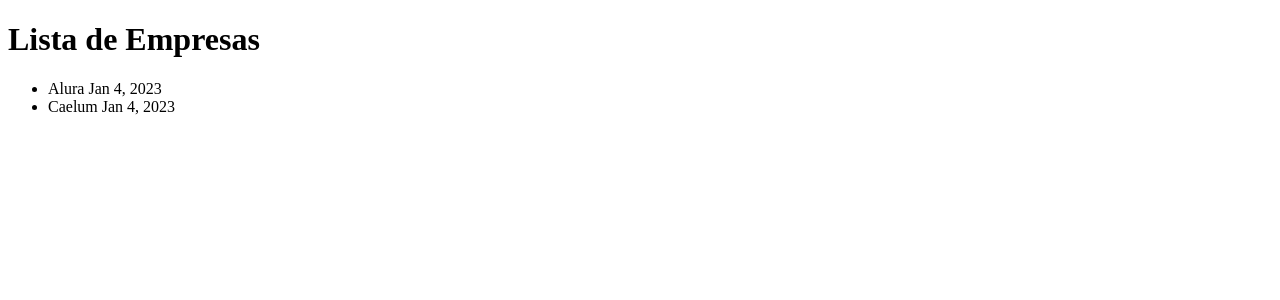
Repository: DerickLFAndrade/Aplicacao_Java_Web_Servlet_TomCat
Page: http://localhost/gerenciador/listaEmpresaServlet
An editor plug-in stored every save of this project. The page is shown before and after the next save, followed by the edit.
The browser window is 1280 px wide. The pictures show the whole page.
The page is served by Tomcat 9. Other server files are loaded and not shown.

Above is the page before, as saved 2023-01-07 18:50:47.

### gerenciador/WebContent/listaEmpresas.jsp
<%@ page language="java" contentType="text/html; charset=ISO-8859-1"
    pageEncoding="ISO-8859-1"%>
<%@
page import = "java.util.List, br.com.alura.gerenciador.servlet.Empresa"
%>
<%@ taglib uri="http://java.sun.com/jsp/jstl/core" prefix="c" %>

<%@ taglib uri="http://java.sun.com/jsp/jstl/fmt" prefix="fmt" %>
<!DOCTYPE html>
<html>
<head>
<meta charset="ISO-8859-1">
<title>Lista de Empresas</title>
</head>
<body>
<h1>Lista de Empresas</h1>

	<ul>
		<c:forEach items="${empresas}" var="empresa">

			<li>${empresa.nome} <fmt:formatDate value="${empresa.dataAbertura}"/></li>
		</c:forEach>
	</ul>

</body>
</html>

### gerenciador/src/br/com/alura/gerenciador/servlet/ListaEmpresaServlet.java
package br.com.alura.gerenciador.servlet;

import java.io.IOException;
import java.util.List;

import javax.servlet.RequestDispatcher;
import javax.servlet.ServletException;
import javax.servlet.annotation.WebServlet;
import javax.servlet.http.HttpServlet;
import javax.servlet.http.HttpServletRequest;
import javax.servlet.http.HttpServletResponse;


@WebServlet("/listaEmpresaServlet")
public class ListaEmpresaServlet extends HttpServlet {
	private static final long serialVersionUID = 1L;


	protected void doGet(HttpServletRequest request, HttpServletResponse response) throws ServletException, IOException {
		Banco banco = new Banco();
		List<Empresa> list = banco.getEmpresas();
		request.setAttribute("empresas", list);
		RequestDispatcher rd = request.getRequestDispatcher("/listaEmpresas.jsp");
		rd.forward(request, response);
	}

}

### gerenciador/src/br/com/alura/gerenciador/servlet/Banco.java
package br.com.alura.gerenciador.servlet;

import java.util.ArrayList;
import java.util.List;

public class Banco {

	private static List<Empresa> listEmpresa = new ArrayList<>();

	static {
		  Empresa empresa = new Empresa(1, "Alura");
		  Empresa empresa2 = new Empresa(2, "Caelum");
		  Banco.listEmpresa.add(empresa);
		  Banco.listEmpresa.add(empresa2);
		}

	public void addEmpresa(Empresa emp) {
		Banco.listEmpresa.add(emp);
	}
	public List<Empresa> getEmpresas(){
		return Banco.listEmpresa;
	}
}

### gerenciador/src/br/com/alura/gerenciador/servlet/Empresa.java
package br.com.alura.gerenciador.servlet;

import java.util.Date;

public class Empresa {

	private Integer id;
	private String nome;
	private Date dataAbertura = new Date();

	public Empresa(Integer id, String nome) {
		this.id = id;
		this.nome = nome;
	}
	public int getId() {
		return id;
	}
	public void setId(int id) {
		this.id = id;
	}
	public String getNome() {
		return nome;
	}
	public void setNome(String nome) {
		this.nome = nome;
	}
	public Date getDataAbertura() {
		return dataAbertura;
	}
	public void setDataAbertura(Date dataAbertura) {
		this.dataAbertura = dataAbertura;
	}


}

After the next save:
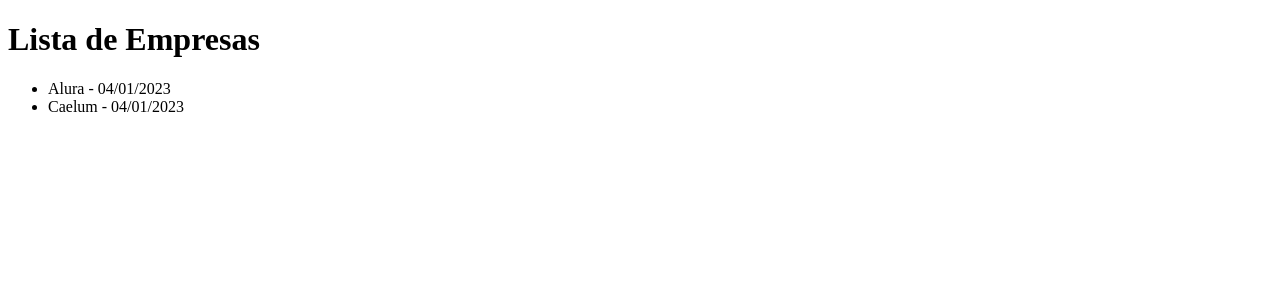
Saved 54 s later.
--- a/gerenciador/WebContent/listaEmpresas.jsp
+++ b/gerenciador/WebContent/listaEmpresas.jsp
@@ -18,7 +18,7 @@
 	<ul>
 		<c:forEach items="${empresas}" var="empresa">
 
-			<li>${empresa.nome} <fmt:formatDate value="${empresa.dataAbertura}"/></li>
+			<li>${empresa.nome} - <fmt:formatDate value="${empresa.dataAbertura}" pattern="dd/MM/yyyy"/></li>
 		</c:forEach>
 	</ul>
 
